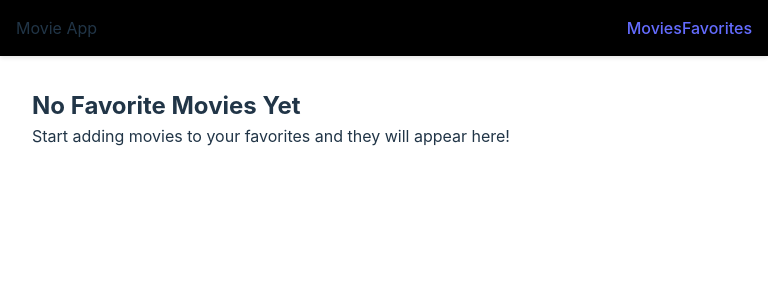
Repository: gogg23/movie-app
Page: /favorites (app in movie app/)
The author's editor kept a copy of each file at every save. The page is drawn from the files as they stood at one save, then again after the next save.
The browser window is 768 px wide. The pictures show the whole page.
The project was rebuilt for these pictures with package versions that can differ from the ones it lists, and the page was loaded fresh each time. Also part of the build but not shown: movie app/vite.config.js, movie app/src/css/MovieCard.css, movie app/src/components/MovieCard.jsx, movie app/src/services/api.js, movie app/src/css/Home.css, movie app/src/pages/Home.jsx.

Above is the page before, as saved 2025-02-24 16:16:17.

### movie app/index.html
<!DOCTYPE html>
<html lang="en">
  <head>
    <meta charset="UTF-8" />
    <link rel="icon" type="image/svg+xml" href="/vite.svg" />
    <meta name="viewport" content="width=device-width, initial-scale=1.0" />
    <title>Movie List</title>
  </head>
  <body>
    <div id="root"></div>
    <script type="module" src="/src/main.jsx"></script>
  </body>
</html>

### movie app/src/main.jsx
import { StrictMode } from 'react';
import { createRoot } from 'react-dom/client';
import { BrowserRouter } from 'react-router-dom';
import './css/index.css';
import App from './App.jsx';

createRoot(document.getElementById('root')).render(
  <StrictMode>
    <BrowserRouter>
      <App />
    </BrowserRouter>
  </StrictMode>
);

### movie app/src/css/index.css
:root {
  font-family: Inter, system-ui, Avenir, Helvetica, Arial, sans-serif;
  line-height: 1.5;
  font-weight: 400;

  color-scheme: light dark;
  color: rgba(255, 255, 255, 0.87);
  background-color: #242424;

  font-synthesis: none;
  text-rendering: optimizeLegibility;
  -webkit-font-smoothing: antialiased;
  -moz-osx-font-smoothing: grayscale;
}

* {
  margin: 0;
  padding: 0;
  box-sizing: border-box;
}

html,
body {
  overflow-x: hidden;
}

body {
  margin: 0;
  width: 100%;
  min-height: 100vh;
  position: relative;
}

#root {
  width: 100%;
  min-height: 100vh;
  display: flex;
  flex-direction: column;
}

a {
  font-weight: 500;
  color: #646cff;
  text-decoration: inherit;
}
a:hover {
  color: #535bf2;
}

h1 {
  font-size: 3.2em;
  line-height: 1.1;
}

button {
  border-radius: 8px;
  border: 1px solid transparent;
  padding: 0.6em 1.2em;
  font-size: 1em;
  font-weight: 500;
  font-family: inherit;
  background-color: #1a1a1a;
  cursor: pointer;
  transition: border-color 0.25s;
}
button:hover {
  border-color: #646cff;
}
button:focus,
button:focus-visible {
  outline: 4px auto -webkit-focus-ring-color;
}

@media (prefers-color-scheme: light) {
  :root {
    color: #213547;
    background-color: #ffffff;
  }
  a:hover {
    color: #747bff;
  }
  button {
    background-color: #f9f9f9;
  }
}

### movie app/src/App.jsx
import './css/App.css';
import Favorites from './pages/Favorites';
import Home from './pages/Home';
import { Routes, Route } from 'react-router-dom';
import NavBar from './components/NavBar';

function App() {
  return (
    <div>
      <NavBar />
      <main className='main-content'>
        <Routes>
          <Route path='/' element={<Home />} />
          <Route path='/favorites' element={<Favorites />} />
        </Routes>
      </main>
    </div>
  );
}

export default App;

### movie app/src/pages/Favorites.jsx
function Favorite() {
  return (
    <div className='favorites-empty'>
      <h2>No Favorite Movies Yet</h2>
      <p>Start adding movies to your favorites and they will appear here!</p>
    </div>
  );
}

export default Favorite;

### movie app/src/components/NavBar.jsx
import { Link } from 'react-router-dom';
import '../css/NavBar.css';

function NavBar() {
  return (
    <nav className='navbar'>
      <div className='logo'>Movie App</div>
      <div className='nav-links'>
        <Link to='/'>Movies</Link>
        <Link to='/favorites'>Favorites</Link>
      </div>
    </nav>
  );
}

export default NavBar;

### movie app/src/css/Navbar.css
.navbar {
  background-color: #000000;
  padding: 10px 20px;
  display: flex;
  justify-content: space-between;
  align-items: center;
  box-shadow: 0 2px 4px rgba(0, 0, 0, 0.1);
}

.navbar-brand {
  font-size: 1.5rem;
  font-weight: bold;
}

.navbar-links {
  display: flex;
  gap: 2rem;
}

.nav-link {
  font-size: 1rem;
  padding: 0.5rem 1rem;
  border-radius: 4px;
  transition: background-color 0.2s;
}

.nav-link:hover {
  background-color: rgba(255, 255, 255, 0.1);
}

@media (max-width: 768px) {
  .navbar {
    padding: 1rem;
  }

  .navbar-brand {
    font-size: 1.2rem;
  }

  .navbar-links {
    gap: 1rem;
  }

  .nav-link {
    padding: 0.5rem;
  }
}

Loaded but not shown: movie app/src/css/App.css (common file)

After the next save:
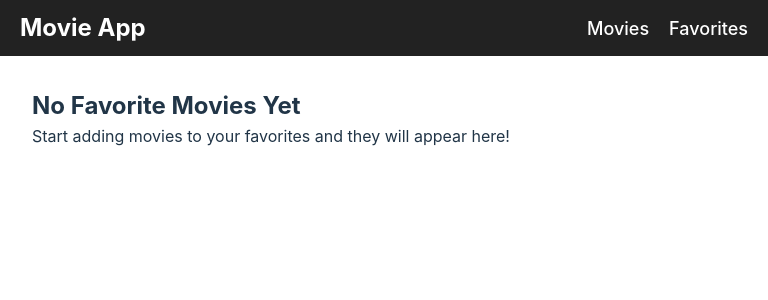
Saved 92 s later.
--- a/movie app/src/css/Navbar.css
+++ b/movie app/src/css/Navbar.css
@@ -1,47 +1,24 @@
 .navbar {
-  background-color: #000000;
+  display: flex;
+  justify-content: space-between; /* Pushes left and right items apart */
+  align-items: center;
   padding: 10px 20px;
-  display: flex;
-  justify-content: space-between;
-  align-items: center;
-  box-shadow: 0 2px 4px rgba(0, 0, 0, 0.1);
+  background-color: #222;
+  color: white;
 }
 
-.navbar-brand {
-  font-size: 1.5rem;
+.logo {
+  font-size: 24px;
   font-weight: bold;
 }
 
-.navbar-links {
+.nav-links {
   display: flex;
-  gap: 2rem;
+  gap: 20px;
 }
 
-.nav-link {
-  font-size: 1rem;
-  padding: 0.5rem 1rem;
-  border-radius: 4px;
-  transition: background-color 0.2s;
+.nav-links a {
+  color: white;
+  text-decoration: none;
+  font-size: 18px;
 }
-
-.nav-link:hover {
-  background-color: rgba(255, 255, 255, 0.1);
-}
-
-@media (max-width: 768px) {
-  .navbar {
-    padding: 1rem;
-  }
-
-  .navbar-brand {
-    font-size: 1.2rem;
-  }
-
-  .navbar-links {
-    gap: 1rem;
-  }
-
-  .nav-link {
-    padding: 0.5rem;
-  }
-}

After the save that followed:
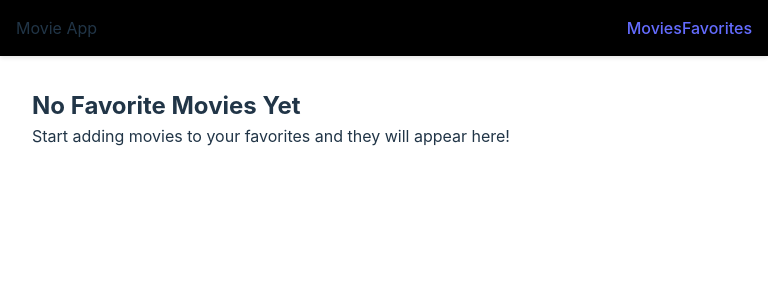
Saved 55 s later.
--- a/movie app/src/css/Navbar.css
+++ b/movie app/src/css/Navbar.css
@@ -1,24 +1,47 @@
 .navbar {
+  background-color: #000000;
+  padding: 10px 20px;
   display: flex;
-  justify-content: space-between; /* Pushes left and right items apart */
+  justify-content: space-between;
   align-items: center;
-  padding: 10px 20px;
-  background-color: #222;
-  color: white;
+  box-shadow: 0 2px 4px rgba(0, 0, 0, 0.1);
 }
 
-.logo {
-  font-size: 24px;
+.navbar-brand {
+  font-size: 1.5rem;
   font-weight: bold;
 }
 
-.nav-links {
+.navbar-links {
   display: flex;
-  gap: 20px;
+  gap: 2rem;
 }
 
-.nav-links a {
-  color: white;
-  text-decoration: none;
-  font-size: 18px;
+.nav-link {
+  font-size: 1rem;
+  padding: 0.5rem 1rem;
+  border-radius: 4px;
+  transition: background-color 0.2s;
 }
+
+.nav-link:hover {
+  background-color: rgba(255, 255, 255, 0.1);
+}
+
+@media (max-width: 768px) {
+  .navbar {
+    padding: 1rem;
+  }
+
+  .navbar-brand {
+    font-size: 1.2rem;
+  }
+
+  .navbar-links {
+    gap: 1rem;
+  }
+
+  .nav-link {
+    padding: 0.5rem;
+  }
+}
